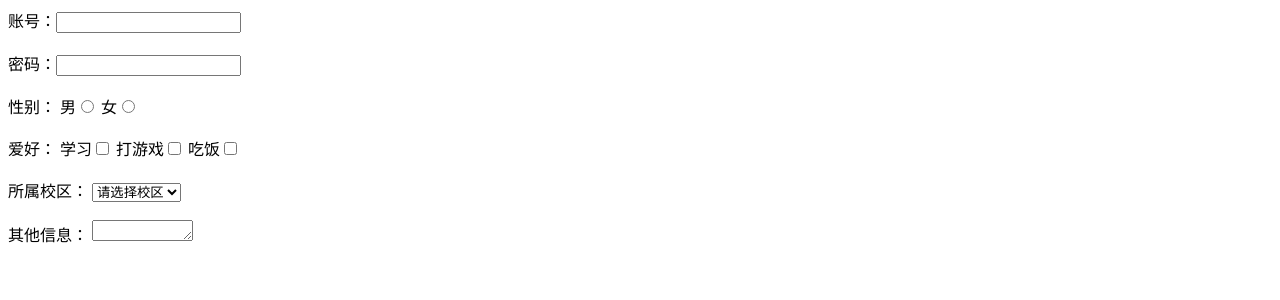
Repository: Lconfident/Learning_Process
Page: Vue/vue_basic/13__收集表单数据/1.收集表单数据.html
These files come from the project's save history. The page is drawn as it stood at one moment and after the next save; the edit follows.
The browser window is 1280 px wide. The pictures show the whole page.

Above is the page before, as saved 2023-07-22 10:31:15.

After the next save:
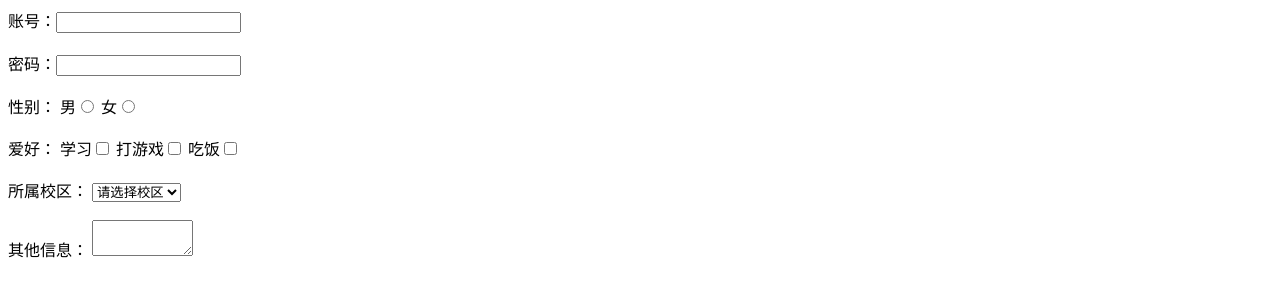
Saved 11 s later.
--- a/Vue/vue_basic/13__收集表单数据/1.收集表单数据.html
+++ b/Vue/vue_basic/13__收集表单数据/1.收集表单数据.html
@@ -31,7 +31,7 @@
                 <option value="shenzhen">深圳</option>
             </select><br><br>
             其他信息：
-            <textarea cols="10" rows="1"></textarea>
+            <textarea cols="10" rows="2"></textarea>
         </form>
     </div>
 
